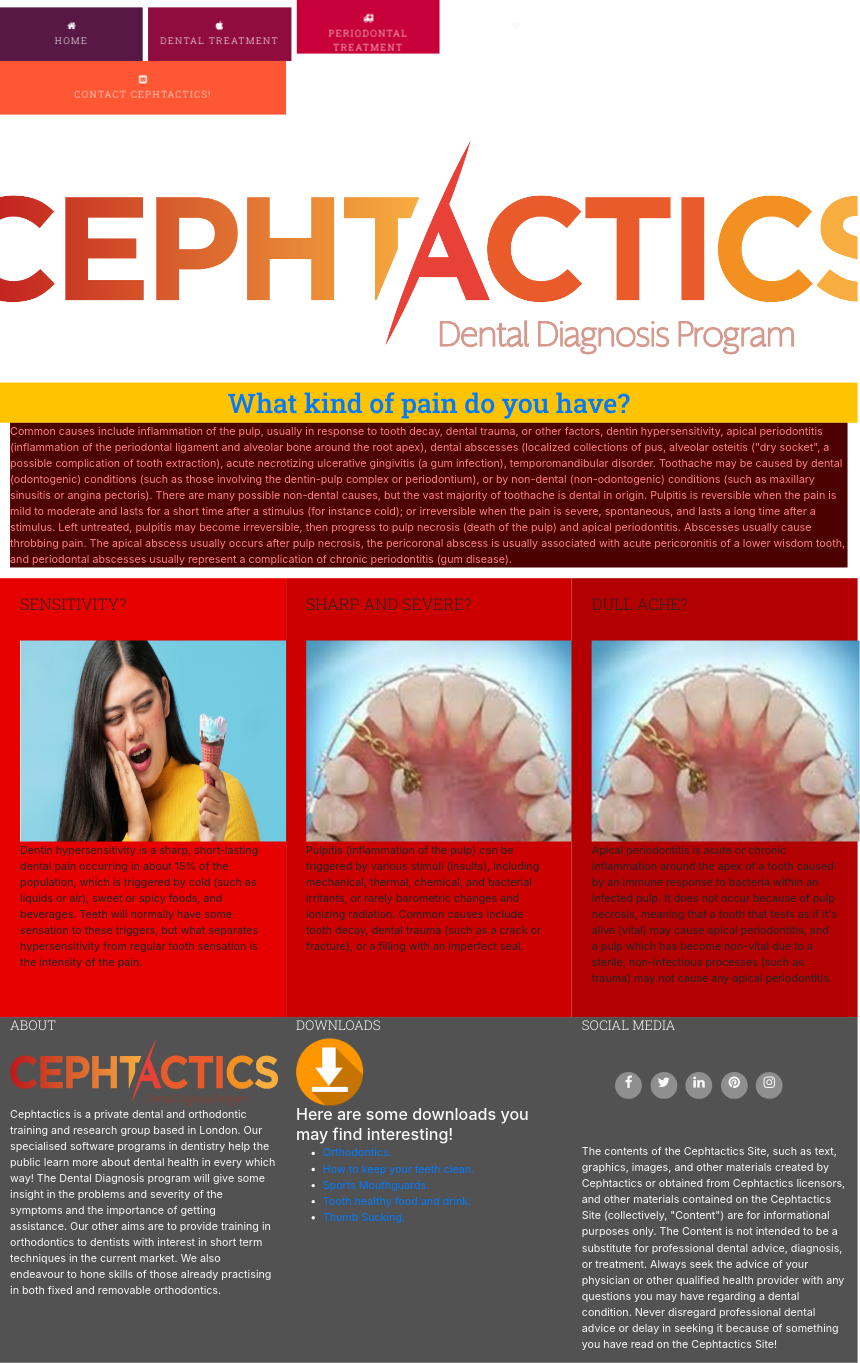
Repository: Code-Institute-Submissions/Rajjabbal-milestone-project
Page: 1dental.html
The author's editor kept a record of every edit. The page is drawn from the files as they stood at one moment, then again after the next edit.
The browser window is 1280 px wide. The page is 1283 px wide, so the pictures cover 1283 px, including what lies to the right of the window. The pictures show the whole page, at 67% of full size.
Some web libraries are served in a nearby version.

Above is the page before.

### 1dental.html
<!DOCTYPE html>
<html lang="en">

<head>
    <meta charset="UTF-8">
    <meta name="viewport" content="width=device-width, initial-scale=1.0">
    <meta http-equiv="X-UA-Compatible" content="ie=edge">
    <link rel="stylesheet" href="https://stackpath.bootstrapcdn.com/bootstrap/4.2.1/css/bootstrap.min.css" type="text/css" />
    <link rel="stylesheet" href="https://stackpath.bootstrapcdn.com/font-awesome/4.7.0/css/font-awesome.min.css" type="text/css" />
    <link rel="stylesheet" href="assets/css/style.css" type="text/css" />
    <link rel="stylesheet" href="https://cdnjs.cloudflare.com/ajax/libs/hover.css/2.3.1/css/hover-min.css" type="text/css" />
    <title>Milestone Project 1</title>
</head>

<body>
    <header>
        <div class="row no-gutters">
            <div class="col-md-12">
                <ul id="nav" class="list-inline menucontainer">
                    <li class="col-sm-2 ui-menu-color-home list-inline-item menuitem">
                        <a href="#" class="hvr-sweep-to-bottom"><i class="fa fa-home" aria-hidden="true"></i><span>Home</span>
                        </a>
                    </li>
                    <li class="col-sm-2 ui-menu-color-dental list-inline-item menuitem">
                        <a href="#" class="hvr-sweep-to-bottom"><i class="fa fa-apple" aria-hidden="true"></i><span>Dental Treatment</span>
                        </a>
                    </li>
                    <li class="col-sm-2 ui-menu-color-periodontal list-inline-item menuitem">
                        <a href="#" class="hvr-sweep-to-bottom"><i class="fa fa-ambulance" aria-hidden="true"></i><span>Periodontal Treatment</span>
                        </a>
                    </li>
                    <li class="col-sm-2 ui-menu-color-other list-inline-item menuitem">
                        <a href="#" class="hvr-sweep-to-bottom"><i class="fa fa-heart" aria-hidden="true"></i><span>Other Treatment</span>
                        </a>
                    </li>
                    <li class="col-sm-4 ui-menu-color-contact list-inline-item menuitem">
                        <a href="#" class="hvr-sweep-to-bottom"><i class="fa fa-envelope-square" aria-hidden="true"></i><span>Contact Cephtactics!</span>
                        </a>
                    </li>
                </ul>
            </div>
        </div>
        <div class="row no-gutters">
            <a href="index.html" class="col-md-12 logo"></a>
        </div>
        <div class="row no-gutters bg-color-question">
            <div class="col-md-12 question">
                <a href="question"> What kind of pain do you have?</a>
            </div>
        </div>

    </header>

    <section class="container-fluid">
        <div class="blurb">
            <p>Common causes include inflammation of the pulp, usually in response to tooth decay, dental trauma, or other factors, dentin hypersensitivity, apical periodontitis (inflammation of the periodontal ligament and alveolar bone around the root
                apex), dental abscesses (localized collections of pus, alveolar osteitis ("dry socket", a possible complication of tooth extraction), acute necrotizing ulcerative gingivitis (a gum infection), temporomandibular disorder. Toothache may
                be caused by dental (odontogenic) conditions (such as those involving the dentin-pulp complex or periodontium), or by non-dental (non-odontogenic) conditions (such as maxillary sinusitis or angina pectoris). There are many possible non-dental
                causes, but the vast majority of toothache is dental in origin. Pulpitis is reversible when the pain is mild to moderate and lasts for a short time after a stimulus (for instance cold); or irreversible when the pain is severe, spontaneous,
                and lasts a long time after a stimulus. Left untreated, pulpitis may become irreversible, then progress to pulp necrosis (death of the pulp) and apical periodontitis. Abscesses usually cause throbbing pain. The apical abscess usually occurs
                after pulp necrosis, the pericoronal abscess is usually associated with acute pericoronitis of a lower wisdom tooth, and periodontal abscesses usually represent a complication of chronic periodontitis (gum disease).
            </p>
        </div>

        <div class="row">
            <div class="col-md-4 bg-color-dental section-column">
                <h4 class="section-heading uppercase">Sensitivity?</h4>
                <img src="./assets/images/1dental1.jpg" alt="Italian Trulli" style="width:400px; height:300px;">
                <p class="inline-block">Dentin hypersensitivity is a sharp, short-lasting dental pain occurring in about 15% of the population, which is triggered by cold (such as liquids or air), sweet or spicy foods, and beverages. Teeth will normally have some sensation
                    to these triggers, but what separates hypersensitivity from regular tooth sensation is the intensity of the pain.</p>
            </div>
            <div class="col-md-4 bg-color-periodontal section-column">
                <h4 class="section-heading uppercase">Sharp and Severe?</h4>
                <img src="./assets/images/Image.png" alt="Italian Trulli" style="width:400px; height:300px;">
                <p class="inline-block">Pulpitis (inflammation of the pulp) can be triggered by various stimuli (insults), including mechanical, thermal, chemical, and bacterial irritants, or rarely barometric changes and ionizing radiation. Common causes include
                    tooth decay, dental trauma (such as a crack or fracture), or a filling with an imperfect seal.</p>
            </div>
            <div class="col-md-4 bg-color-other section-column">
                <h4 class="section-heading uppercase">Dull Ache?</h4>
                <img src="./assets/images/Image.png" alt="Italian Trulli" style="width:400px; height:300px;">
                <p class="inline-block">Apical periodontitis is acute or chronic inflammation around the apex of a tooth caused by an immune response to bacteria within an infected pulp. It does not occur because of pulp necrosis, meaning that a tooth that tests as if it's
                    alive (vital) may cause apical periodontitis, and a pulp which has become non-vital due to a sterile, non-infectious processes (such as trauma) may not cause any apical periodontitis.</p>
            </div>
        </div>

    </section>

    <footer class="container-fluid">
        <div class="row">
            <div class="col-sm-4">
                <h5 class="uppercase general-sub">About</h5>
                <div class="cephtactics">
                <img src="./assets/images/CEP-Logo DENTAL.png" alt="Italian Trulli" style="width:400px; height:100px;">
                </div>
                <p class="inline-block">
                    Cephtactics is a private dental and orthodontic training and research group based in London. Our specialised software programs in dentistry help the public learn more about dental health in every which way! The Dental Diagnosis program will give some
                    insight in the problems and severity of the symptoms and the importance of getting assistance. Our other aims are to provide training in orthodontics to dentists with interest in short term techniques in the current market. We also
                    endeavour to hone skills of those already practising in both fixed and removable orthodontics.
                </p>
            </div>
            <div class="col-sm-4">
                <h5 class="uppercase general-sub">Downloads</h5>
                <div class="download-pic">
                <img src="./assets/images/Download.jpg" alt="Italian Trulli" style="width:100px; height:100px;">
                </div>
                <h4 class="download">Here are some downloads you may find interesting!
                </h4>
                <ul class="inline-block">
                    <li>
                        <a href="https://view.publitas.com/british-orthodontic-society/orthotreatmentfebruary2019/page/1" target="_blank" class="link1">
                        <span>Orthodontics.</span>
                    </a>
                    </li>
                    <li>
                        <a href="https://view.publitas.com/british-orthodontic-society/oralhealthmarch2019/page/1" target="_blank" class="link2">
                        <span>How to keep your teeth clean.</span>
                    </a>
                    </li>
                    <li>
                        <a href="https://view.publitas.com/british-orthodontic-society/mouthguardsmarch2019/page/1" target="_blank" class="link3">
                        <span>Sports Mouthguards.</span>
                    </a>
                    </li>
                    <li>
                        <a href="https://view.publitas.com/british-orthodontic-society/food-and-drinkmarch2019/page/1" target="_blank" class="link4">
                        <span>Tooth healthy food and drink.</span>
                    </a>
                    </li>
                    <li>
                        <a href="https://view.publitas.com/british-orthodontic-society/digitsmarch2019/page/1" target="_blank" class="link5">
                        <span>Thumb Sucking.</span>
                    </a>
                    </li>
                </ul>
            </div>
            <div class="col-sm-4">
                <h5 class="uppercase general-sub">Social Media</h5>
                <ul class="list-inline social-links">
                    <li class="list-inline-item">
                        <a target="_blank" href="#">
                            <i class="fa fa-facebook" aria-hidden="true"></i>
                            <span class="sr-only">Facebook</span>
                        </a>
                    </li>
                    <li class="list-inline-item">
                        <a target="_blank" href="#">
                            <i class="fa fa-twitter" aria-hidden="true"></i>
                            <span class="sr-only">Twitter</span>
                        </a>
                    </li>
                    <li class="list-inline-item">
                        <a target="_blank" href="#">
                            <i class="fa fa-linkedin" aria-hidden="true"></i>
                            <span class="sr-only">Linkedin</span>
                        </a>
                    </li>
                    <li class="list-inline-item">
                        <a target="_blank" href="#">
                            <i class="fa fa-pinterest" aria-hidden="true"></i>
                            <span class="sr-only">Pinterest</span>
                        </a>
                    </li>
                    <li class="list-inline-item">
                        <a target="_blank" href="#">
                            <i class="fa fa-instagram" aria-hidden="true"></i>
                            <span class="sr-only">Instagram</span>
                        </a>
                    </li>
                </ul>
                <p class="inline-block">The contents of the Cephtactics Site, such as text, graphics, images, and other materials created by Cephtactics or obtained from Cephtactics licensors, and other materials contained on the Cephtactics Site (collectively, "Content") are
                    for informational purposes only. The Content is not intended to be a substitute for professional dental advice, diagnosis, or treatment. Always seek the advice of your physician or other qualified health provider with any questions
                    you may have regarding a dental condition. Never disregard professional dental advice or delay in seeking it because of something you have read on the Cephtactics Site!</p>
            </div>

        </div>

    </footer>

</body>

</html>

### assets/css/style.css
@import url('https://fonts.googleapis.com/css?family=Roboto+Slab:100,200,300,400,500,600,700');

/*-----colors-----*/

.bg-color-question {
    background-color: #FFC300;

}

.ui-menu-color-home {
    background-color: RGB(88, 24, 69);
}

.ui-menu-color-dental {
    background-color: RGB(144, 12, 63);
}

.ui-menu-color-periodontal {
    background-color: RGB(199, 0, 57);
}

.ui-menu-color-contact {
    background-color: RGB(255, 87, 51);
}

.ui-menu-color-statement {
    background-color: RGB(23, 32, 42);
}

.bg-color-dental {
    background-color: #e60000;
}
.bg-color-periodontal {
    background-color: #cc0000;
}
.bg-color-other {
    background-color: #b30000;
}

/*-----Special paddings/margins/text-----*/

h1,
h2,
h3,
h4 {
    margin: 0;
}

.uppercase {
    text-transform: uppercase;

}

.general-sub {
    font-family: "Roboto Slab", sans-serif;
    font-weight: 300;
    color: #fafafa;
}

.inline-block {
    display: inline-block;
}

.row-table {
    display: table;
}

.section-column {
    display: table-cell;
    padding: 0 30px 30px;
    float: none;
}

.section-heading {
    font-family: "Roboto Slab", sans-serif;
    font-weight: 300;
    margin-top: 25px;
    margin-bottom: 40px;
}

/*-----heading-----*/

header {
    margin: 0px;
}

.list-inline-item:not(:last-child) {
    max-height: 80px;

}

.menucontainer {
    font-size: 0;

}

#nav {
    margin: 0;
}

#nav li {
    font-size: 14px;
    font-family: "Roboto Slab", sans-serif;
    color: #DAF7A6;
    padding: 0;
}

.menuitem {
    height: 80px;
    text-align: center;
}

.menuitem a {
    width: 100%;
    text-decoration: none;
    color: #fff;
}

.menuitem a i {
    padding-top: 20px;
    display: block;
    color: #fafafa;
}

.menuitem span {
    display: block;
    width: 100%;
    padding-top: 5px;
    text-align: center;
    text-transform: uppercase;
    font-size: 14px;
    font-weight: 300;
    letter-spacing: 2px;
}

.logo {
    background: url("../images/CEP-Logo DENTAL.png");
    background-position: center;
    background-repeat: no-repeat;
    background-size: 1400px;
    min-height: 400px;
    padding: 0px;
    transition: all .5s ease-in-out;
    -moz-transition: all .5s ease-in-out;
    -webkit-transition: all .5s ease-in-out;
}

.picture {
    background: url("../images/BK.jpg");
    background-position: center;
    background-repeat: no-repeat;
    background-size: cover;
    min-height: 240px;
    transition: all .5s ease-in-out;
    -moz-transition: .5s ease-in-out;
    -webkit-transition: .5s ease-in-out;
}

.question {
    font-family: "Roboto Slab", sans-serif;
    font-weight: 500;
    font-size: 40px;
    margin: 0px;
    color: #ffffff;
    text-align: center;
}

/*-----hover.css-----*/

.hvr-sweep-to-bottom:before {
    background: rgba(0, 0, 0, 1);
    height: 80px;
}

/*-----section-----*/

.blurb {
    background-color: #4d0000;
    min-height: 200px;
    padding: 0;
    color: #ff8080;
}




/*-----footer-----*/

footer {
    background-color: #525252;
    color: #fafafa;
    min-height: 180px;
    margin: 0;
}

.social-links {
    padding: 50px;
}

.social-links li a i {
    width: 40px;
    height: 40px;
    padding: 12px 0;
    border-radius: 50%;
    font-size: 20px;
    line-height: 7px;
    text-align: center;
    color: #fafafa;
    background: #8f8f8f;
    transition: all 0.35s ease-in-out;
    -moz-transition: all 0.35s ease-in-out;
    -webkit-transition: all 0.35s ease-in-out;
    -o-transition: all 0.35s ease-in-out;
}

.social-links li a i:hover {
    background: #e84610;
}

#footer-details {
    padding: 20px;
}

After the next edit:
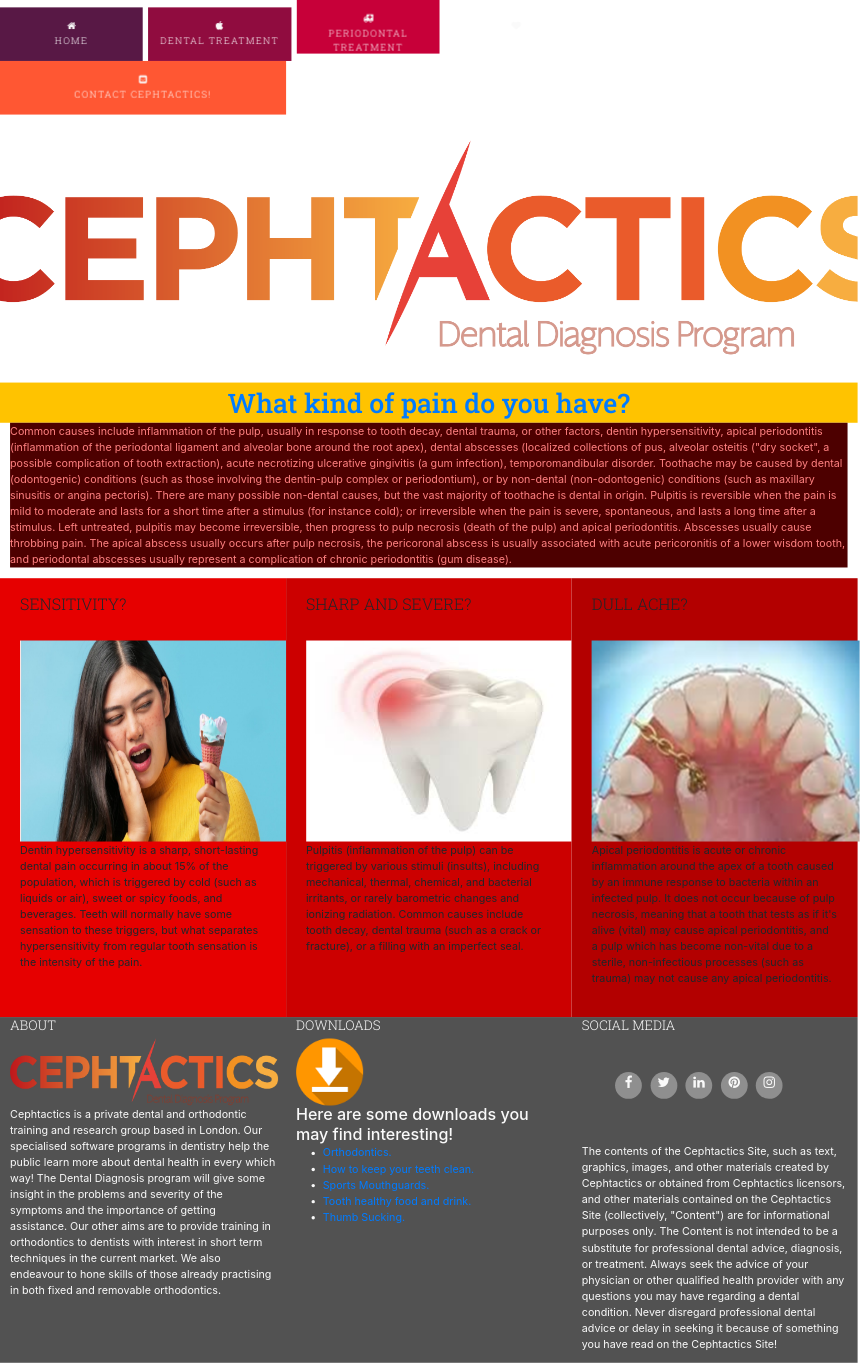
The edit:
--- a/1dental.html
+++ b/1dental.html
@@ -71,7 +71,7 @@
             </div>
             <div class="col-md-4 bg-color-periodontal section-column">
                 <h4 class="section-heading uppercase">Sharp and Severe?</h4>
-                <img src="./assets/images/Image.png" alt="Italian Trulli" style="width:400px; height:300px;">
+                <img src="./assets/images/1dental2.jpg" alt="Italian Trulli" style="width:400px; height:300px;">
                 <p class="inline-block">Pulpitis (inflammation of the pulp) can be triggered by various stimuli (insults), including mechanical, thermal, chemical, and bacterial irritants, or rarely barometric changes and ionizing radiation. Common causes include
                     tooth decay, dental trauma (such as a crack or fracture), or a filling with an imperfect seal.</p>
             </div>
